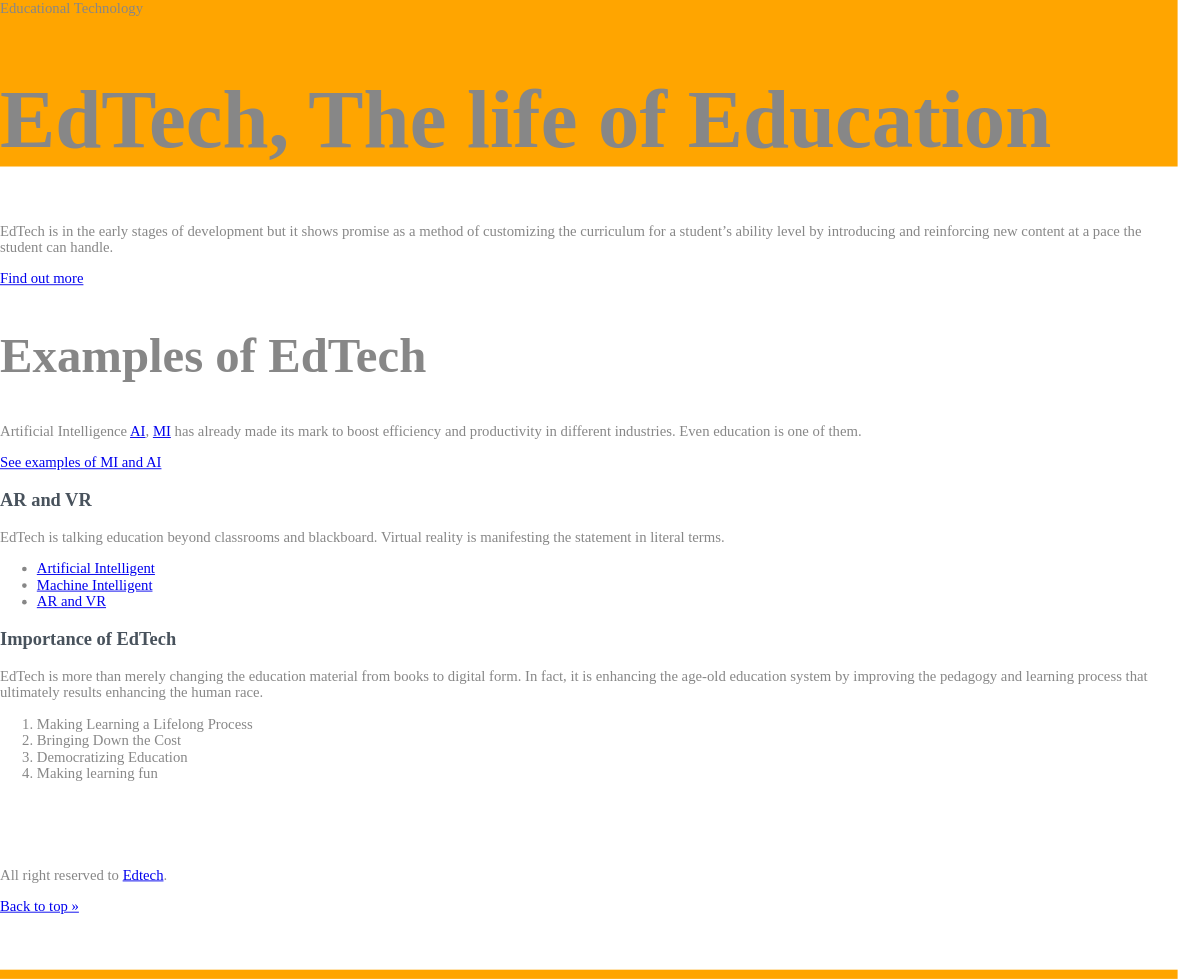
Repository: tunmishyi/edtech
Page: index.html
These files come from the project's save history. The page is drawn as it stood at one moment and after the next save; the edit follows.
The browser window is 1280 px wide. The pictures show the whole page, at 92% of full size.

Above is the page before, as saved 2020-06-06 17:27:01.

After the next save:
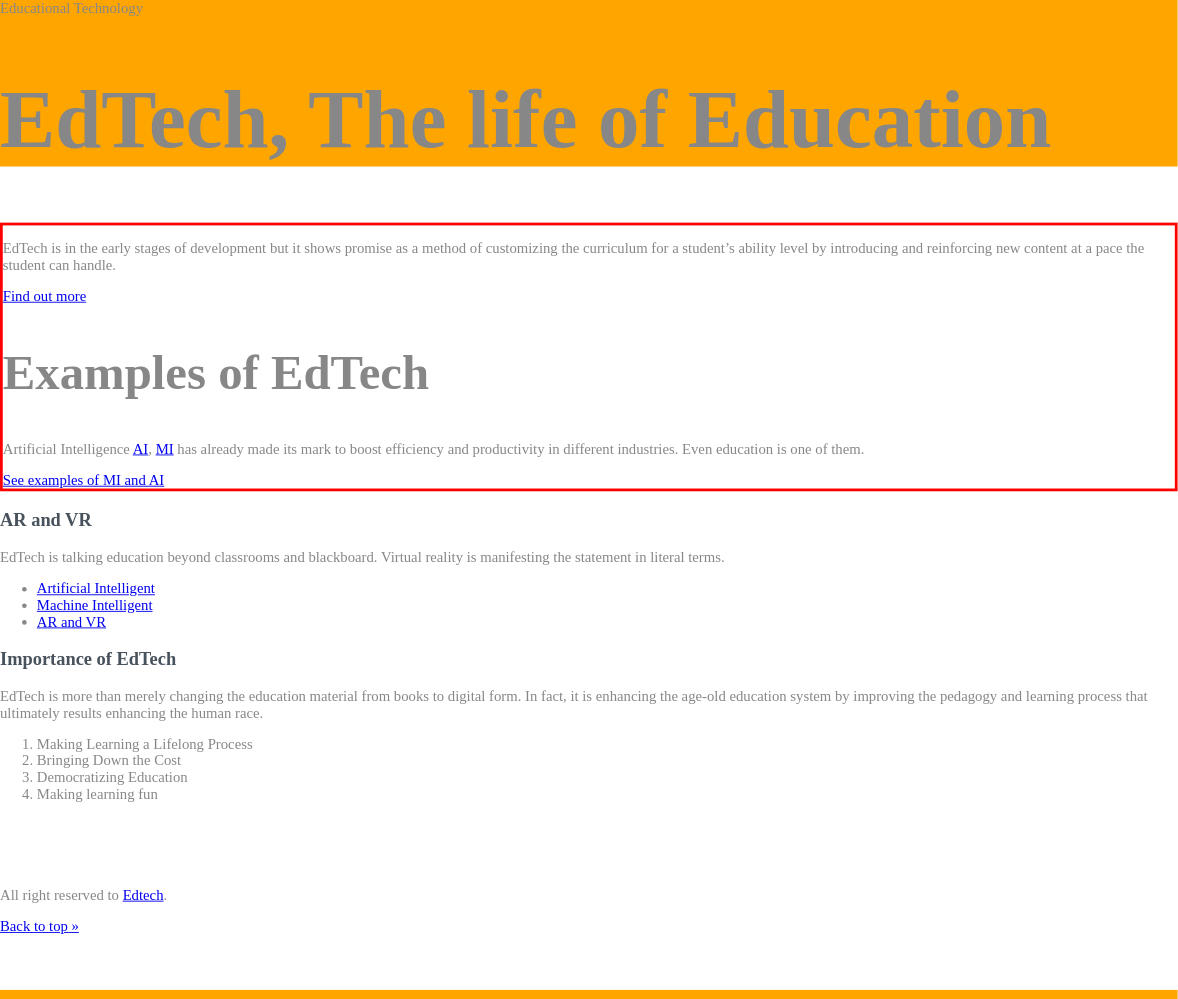
Saved 77 s later.
--- a/index.html
+++ b/index.html
@@ -9,7 +9,7 @@
 			<h1>EdTech, The life of Education</h1>
 		</header>
 
-		<div id="primary-content">
+		<div class="primary-content">
 			<p>
 					EdTech is in the early stages of development but it shows promise as a method of customizing the curriculum for a student’s ability level by introducing and reinforcing new content at a pace the student can handle.
 			</p>
